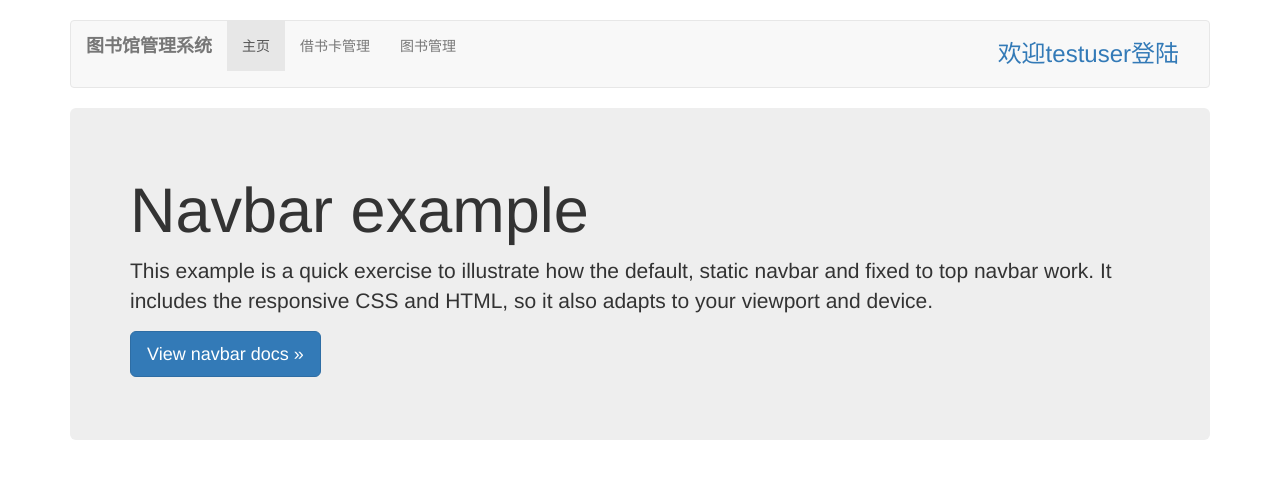
Repository: chaice/code
Page: http://localhost/web5/home
The author's editor kept a copy of each file at every save. The page is drawn from the files as they stood at one save, then again after the next save.
The browser window is 1280 px wide. The pictures show the whole page.
Some web libraries are served in a nearby version. The page is served by Tomcat 9. The session is filled in as if someone had signed in: {"username": "testuser"}. Other server files are loaded and not shown.

Above is the page before, as saved 2016-06-01 08:22:44.

### web5/WebContent/WEB-INF/views/home.jsp
<%@ page language="java" contentType="text/html; charset=UTF-8"
	pageEncoding="UTF-8"%>
<!DOCTYPE html>
<html>
<head>
<meta charset="UTF-8">
<title>主页</title>
<%@ include file="head.jsp"%>
        <div class="jumbotron">
        <h1>Navbar example</h1>
        <p>This example is a quick exercise to illustrate how the default, static navbar and fixed to top navbar work. It includes the responsive CSS and HTML, so it also adapts to your viewport and device.</p>
        <p>
          <a class="btn btn-lg btn-primary" href="../../components/#navbar" role="button">View navbar docs &raquo;</a>
        </p>
      </div>
    </div>
    <script src="//cdn.bootcss.com/jquery/1.11.3/jquery.min.js"></script>
    <script src="//cdn.bootcss.com/bootstrap/3.3.5/js/bootstrap.min.js"></script>
<script>
	$("ul>li:nth-child(1)").addClass("active");
</script>
</body>
</html>

### web5/WebContent/WEB-INF/views/head.jsp
<%@ page language="java" contentType="text/html; charset=UTF-8"
	pageEncoding="UTF-8"%>
<link href="//cdn.bootcss.com/bootstrap/3.3.5/css/bootstrap.min.css"
	rel="stylesheet">
<style>
body {
	padding-top: 20px;
	padding-bottom: 20px;
}

.navbar {
	margin-bottom: 20px;
}
</style>
</head>

<body>
	<%
		String name = (String) session.getAttribute("username");
		if (name == null) {
			response.sendRedirect("/index.jsp");
		}
	%>
	<div class="container">
		<nav class="navbar navbar-default">
			<div class="container-fluid">
				<div class="navbar-header">
					<strong class="navbar-brand">图书馆管理系统</strong>
				</div>
				<div id="navbar" class="navbar-collapse collapse">
					<ul class="nav navbar-nav">
						<li><a href="/home">主页</a></li>
						<li><a href="/card">借书卡管理</a></li>
						<li><a href="/book">图书管理</a></li>
					</ul>
					<ol style="float:right" class="nav navbar-nav"><li><h3><a>欢迎<%=name%>登陆</a><h3></li></ol>
				</div>
				<div id="navbar" class="navbar-collapse collapse" ></div>
			</div>
		</nav>

### web5/src/com/ccit/myservlet/Home.java
package com.ccit.myservlet;

import java.io.IOException;
import javax.servlet.ServletException;
import javax.servlet.http.HttpServlet;
import javax.servlet.http.HttpServletRequest;
import javax.servlet.http.HttpServletResponse;

public class Home extends HttpServlet {
	private static final long serialVersionUID = 1L;

    public Home() {
        super();

    }


	protected void doGet(HttpServletRequest request, HttpServletResponse response) throws ServletException, IOException {
		request.getRequestDispatcher("/WEB-INF/views/home.jsp").forward(request, response);
	}



}

After the next save:
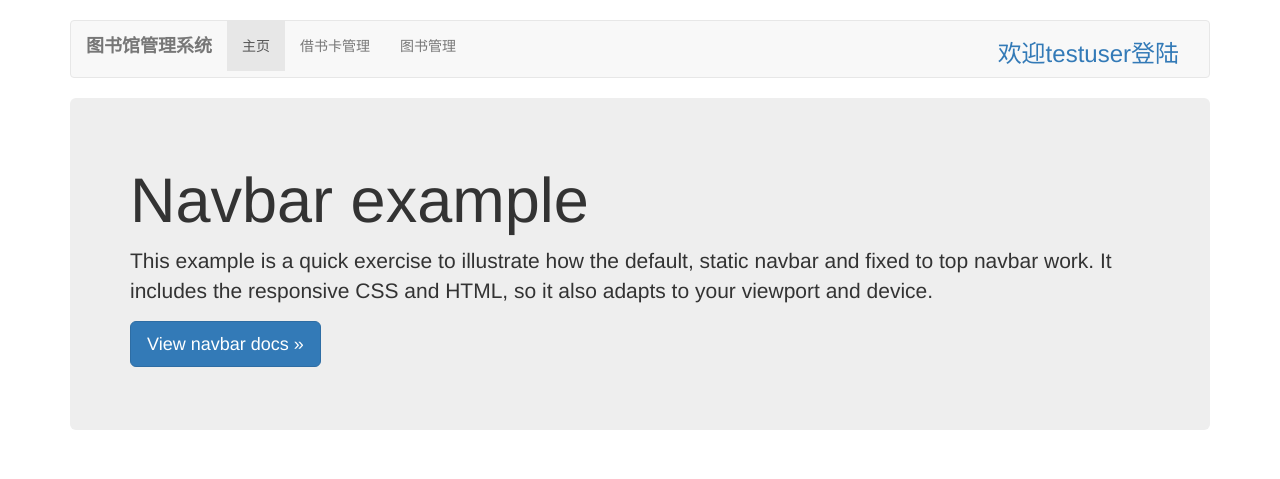
Saved 5 s later.
--- a/web5/WebContent/WEB-INF/views/head.jsp
+++ b/web5/WebContent/WEB-INF/views/head.jsp
@@ -33,7 +33,7 @@ body {
 						<li><a href="/card">借书卡管理</a></li>
 						<li><a href="/book">图书管理</a></li>
 					</ul>
-					<ol style="float:right" class="nav navbar-nav"><li><h3><a>欢迎<%=name%>登陆</a><h3></li></ol>
+					<ol style="float:right" class="nav navbar-nav"><li><h3><a>欢迎<%=name%>登陆</a></h3></li></ol>
 				</div>
 				<div id="navbar" class="navbar-collapse collapse" ></div>
 			</div>
